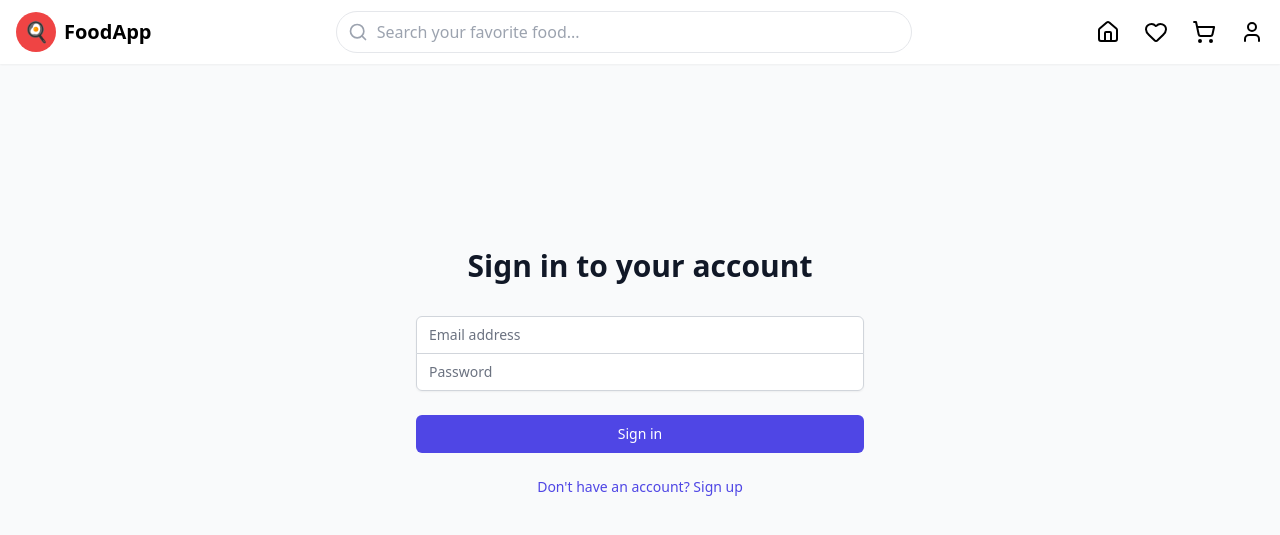
Repository: Deniihsilvaa/pastelariadoceesal
Page: /auth
An editor plug-in stored every save of this project. The page is shown before and after the next save, followed by the edit.
The browser window is 1280 px wide. The pictures show the whole page.
The page's requests for data from a server got no answer. The project was rebuilt for these pictures with package versions that can differ from the ones it lists, and the page was loaded fresh each time. No one was signed in, and anything a server would have sent is missing. Also part of the build but not shown: vite.config.ts, src/components/home/CategoryCard.tsx, src/pages/HomePage.tsx, src/components/restaurant/MenuItem.tsx, src/components/restaurant/MenuList.tsx, src/components/restaurant/RestaurantHeader.tsx, src/pages/RestaurantPage.tsx.

Above is the page before, as saved 2024-12-31 16:40:55.

After the next save:
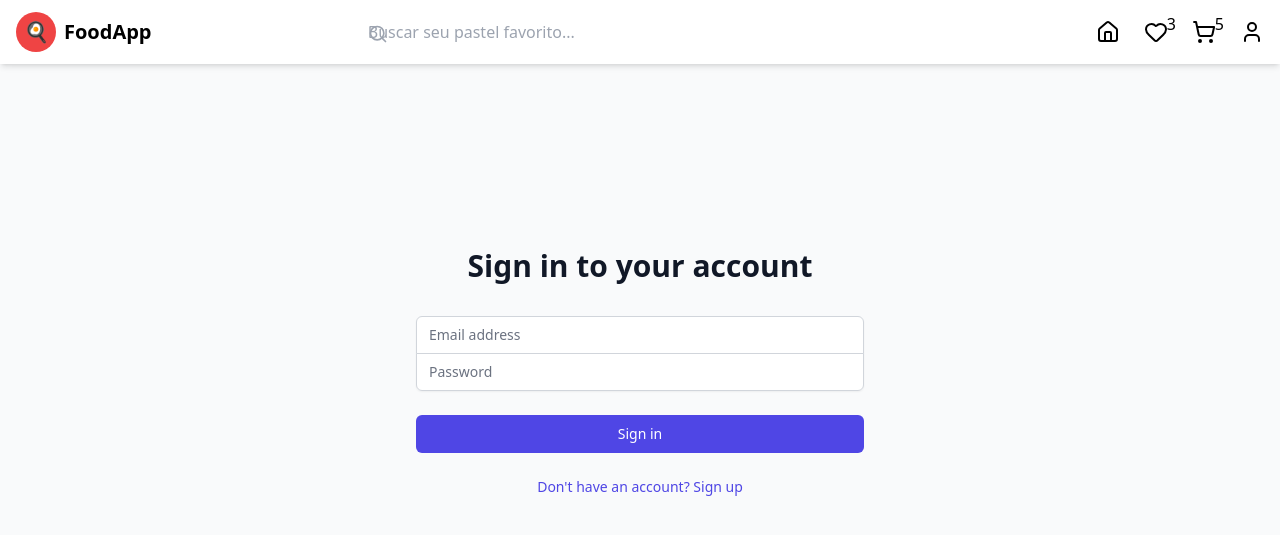
Saved 73 s later.
--- a/src/components/layout/Header.tsx
+++ b/src/components/layout/Header.tsx
@@ -1,14 +1,19 @@
 // src/components/layout/Header.tsx
+import React from 'react';
+import { Link } from 'react-router-dom';
+import { Avatar } from 'primereact/avatar';
+import { Badge } from 'primereact/badge';
+import { InputText } from 'primereact/inputtext';
 import { Search, ShoppingCart, User, Home, Heart } from 'lucide-react';
-import { Link } from 'react-router-dom';
 import { useAuth } from '../../contexts/useAuth';
 
 export function Header() {
   const { user } = useAuth();
 
   return (
-    <header className="fixed top-0 left-0 right-0 z-50 bg-white shadow-sm">
+    <header className="fixed top-0 left-0 right-0 z-50 bg-white shadow-md">
       <div className="flex items-center justify-between h-16 px-4 mx-auto max-w-7xl">
+        {/* Logo */}
         <Link to="/" className="flex items-center space-x-2">
           <div className="flex items-center justify-center w-10 h-10 bg-red-500 rounded-full">
             <span className="text-xl text-white">🍳</span>
@@ -16,29 +21,40 @@ export function Header() {
           <span className="text-xl font-bold">FoodApp</span>
         </Link>
 
-        <div className="flex-1 max-w-xl mx-8">
-          <div className="relative">
-            <Search className="absolute w-5 h-5 text-gray-400 transform -translate-y-1/2 left-3 top-1/2" />
-            <input
-              type="text"
-              placeholder="Search your favorite food..."
-              className="w-full py-2 pl-10 pr-4 border border-gray-200 rounded-full focus:outline-none focus:ring-2 focus:ring-red-500"
+        {/* Search Bar */}
+        <div className="flex-1 max-w-lg mx-8">
+          <span className="w-full p-input-icon-left">
+            <Search className="w-5 h-5 text-gray-400" />
+            <InputText
+              placeholder="Buscar seu pastel favorito..."
+              className="w-full rounded-full"
             />
-          </div>
+          </span>
         </div>
 
+        {/* Navigation Links */}
         <nav className="flex items-center space-x-6">
           <Link to="/" className="nav-link">
-            <Home className="w-6 h-6" />
+            <Home className="w-6 h-6 hover:text-red-500" />
           </Link>
-          <Link to="/favorites" className="nav-link">
-            <Heart className="w-6 h-6" />
+          <Link to="/favorites" className="relative nav-link">
+            <Heart className="w-6 h-6 hover:text-red-500" />
+            <Badge value="3" className="absolute -top-2 -right-2" />
           </Link>
-          <Link to="/cart" className="nav-link">
-            <ShoppingCart className="w-6 h-6" />
+          <Link to="/cart" className="relative nav-link">
+            <ShoppingCart className="w-6 h-6 hover:text-red-500" />
+            <Badge value="5" className="absolute -top-2 -right-2" />
           </Link>
           <Link to={user ? "/profile" : "/auth"} className="nav-link">
-            <User className="w-6 h-6" />
+            {user ? (
+              <Avatar
+                icon="pi pi-user"
+                shape="circle"
+                className="w-10 h-10 hover:shadow-lg"
+              />
+            ) : (
+              <User className="w-6 h-6 hover:text-red-500" />
+            )}
           </Link>
         </nav>
       </div>
